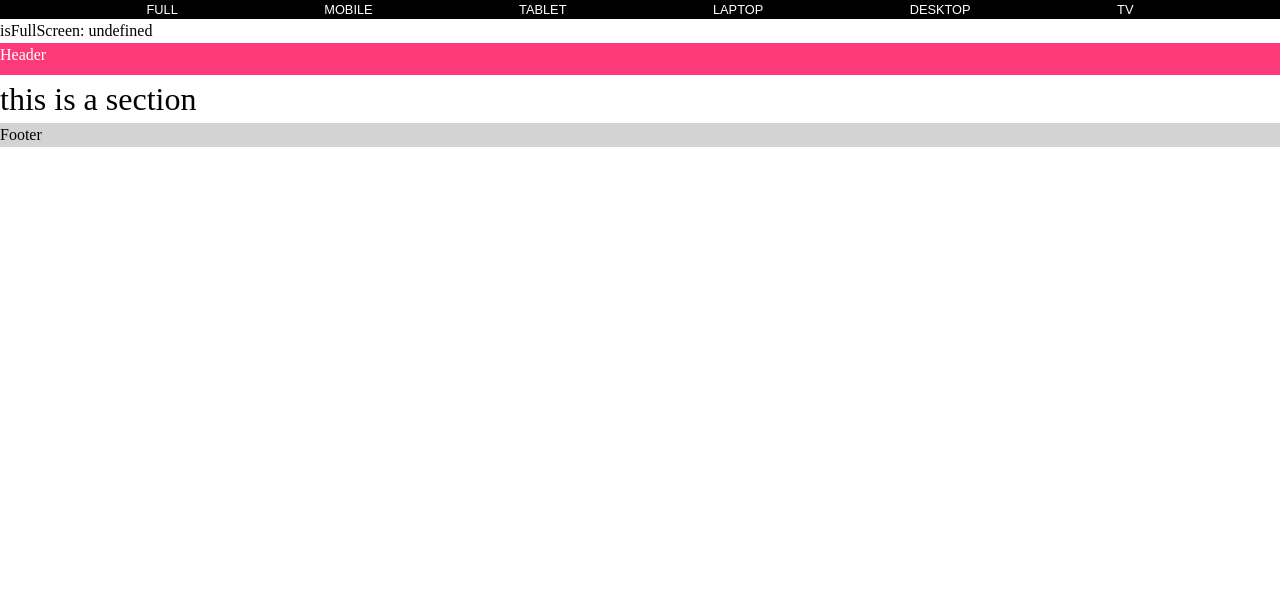
Repository: Terrycoco/coco-playground
Page: /
These files come from the project's save history. The page is drawn as it stood at one moment and after the next save; the edit follows.
The browser window is 1280 px wide. The pictures show the whole page.
The project was rebuilt for these pictures with package versions that can differ from the ones it lists, and the page was loaded fresh each time. The framework's server and built-in components were replaced by stand-ins that run in the browser. Also part of the build but not shown: next.config.js.

Above is the page before, as saved 2023-03-20 09:08:11.

### src/app/layout.js
//THIS FILE DEFINES BASIC HTML FOR WHOLE SITE
//YOU CAN OVERWRITE ANY METADATA IN INDIVIDUAL ROUTES ALSO
"use client";
import { Providers } from "./store/provider";
import "./globals.css";
import Header from "@/components/layout/Header.js";
import DeviceHeader from "@/components/layout/DeviceHeader";
import Footer from "@/components/layout/Footer";
import ScreenEmulator from "@/components/layout/ScreenEmulator";

//can't use metadata on files that use client
// export const metadata = {
//   title: "Theme Playground",
//   description: "Theme Playground By Coco",
// };

export default function RootLayout({ children }) {
  return (
    <html lang="en">
      <head>
        <title>Coco Theme Playground</title>
      </head>

      <body>
        <Providers>
          <>
            <DeviceHeader />
            <ScreenEmulator>
              <Header />

              {children}
              <Footer />
            </ScreenEmulator>
          </>
        </Providers>
      </body>
    </html>
  );
}

### src/app/page.js
"use client";
import { useSelector, useDispatch } from "react-redux";
import { selectTheme } from "./store/slices/themeSlice";

export default function Page() {
  const theme = useSelector(selectTheme);
  console.log("page recd theme:", theme);
  return (
    <main>
      <section>this is a section</section>
    </main>
  );
}

// <section id="theme" style={getContainerStyle("section")}>
// <h1 style={getHStyle("h1")}>
//   This the result of your Theme{"   "}
//   <span style={styles.smgray}>(h1)</span>
// </h1>
// <h2 style={getHStyle("h2")}>
//   Your Default Styles Are Shown{"   "}
//   <span style={styles.smgray}>(h2)</span>
// </h2>
// <h3 style={getHStyle("h3")}>
//   You selected {`${levCount - 1}`} levels of headings.
//   <span style={styles.smgray}>(h3)</span>
// </h3>

// <h4 style={getHStyle("h4")}>
//   I am a heading level 4 {"   "}
//   <span style={styles.smgray}>(h4)</span>
// </h4>

// <h5 style={getHStyle("h5")}>
//   I am a heading level 5{"   "}
//   <span style={styles.smgray}>(h5)</span>
// </h5>

// <h6 style={getHStyle("h6")}>
//   I am a heading level 6{"   "}
//   <span style={styles.smgray}>(h6)</span>
// </h6>

// <p data-el="p" style={getTextStyle("p")}>
//   Your theme settings will show up here. These are the default styles
//   for each element, which will be consistent across your project. You
//   can, of course, alter them for individual elements as you see fit.{" "}
//   <span style={styles.smgray}>(p)</span>
// </p>
// <p data-el="p" style={getTextStyle("p")}>
//   This is the paragraph element. To set the font scale among the
//   different headings and at different screen resolutions, go to{" "}
//   <b>SCALE</b>. The rest of the paragraph settings can be found by
//   clicking <b>TEXT</b> <span style={styles.smgray}>(p)</span>
// </p>

// <p data-el="p" style={getTextStyle("p")}>
//   Don't like the spacing? Click <b>CONTAINERS</b> to set default padding
//   and margins for container elements like sections, the header and
//   footer, between paragraphs, etc.{" "}
//   <span style={styles.smgray}>(p)</span>
// </p>
// </section>
// <section id="colors" style={getContainerStyle("section")}>
// <h1 style={getHStyle("h1")}>
//   This the result of your Theme{"   "}
//   <span style={styles.smgray}>(h1)</span>
// </h1>
// <h2 style={getHStyle("h2")}>
//   Your Default Styles Are Shown{"   "}
//   <span style={styles.smgray}>(h2)</span>
// </h2>
// <h3 style={getHStyle("h3")}>
//   You selected {`${levCount - 1}`} levels of headings.
//   <span style={styles.smgray}>(h3)</span>
// </h3>

// <h4 style={getHStyle("h4")}>
//   I am a heading level 4 {"   "}
//   <span style={styles.smgray}>(h4)</span>
// </h4>

// <h5 style={getHStyle("h5")}>
//   I am a heading level 5{"   "}
//   <span style={styles.smgray}>(h5)</span>
// </h5>

// <h6 style={getHStyle("h6")}>
//   I am a heading level 6{"   "}
//   <span style={styles.smgray}>(h6)</span>
// </h6>

// <p data-el="p" style={getTextStyle("p")}>
//   Your typography styles will show up here. These are the default styles
//   for each element, which will be consistent across your project. You
//   can, of course, alter them for individual elements as you see fit.{" "}
//   <span style={styles.smgray}>(p)</span>
// </p>
// <p data-el="p" style={getTextStyle("p")}>
//   This is the paragraph element. To set the font scale among the
//   different headings and at different screen resolutions, go to{" "}
//   <b>SCALE</b>. The rest of the paragraph settings can be found by
//   clicking <b>TYPOGRAPHY</b> <span style={styles.smgray}>(p)</span>
// </p>

// <p data-el="p" style={getTextStyle("p")}>
//   Don't like the spacing? Click <b>SPACING</b> to set default padding
//   and margins for elements like sections, the header and footer, between
//   paragraphs, etc. <span style={styles.smgray}>(p)</span>
// </p>
// </section>

### src/app/store/provider.js
"use client";

import { Provider } from "react-redux";
import store from "./store";

export function Providers({ children }) {
  return <Provider store={store}>{children}</Provider>;
}

### src/app/globals.css
@import "./reset.css";

:root {
  font-size: 1rem;
}
body {
  margin: 0;
  min-height: 100vh;
}

header {
  background-color: black;
  color: white;
}

footer {
  background-color: lightgray;
  color: black;
}

section {
  font-size: 2rem;
}

### src/components/layout/Header.js
"use client";
import React from "react";
import { useSelector } from "react-redux";
import { selectTheme } from "@/slices/themeSlice";
import { selectVariables } from "@/slices/variablesSlice";

function Header() {
  const theme = useSelector(selectTheme);
  const variables = useSelector(selectVariables);

  const getHeaderStyles = () => {
    let styles = { ...theme.containers.header };
    styles.backgroundColor = variables[styles.backgroundColor];
    return styles;
  };

  return <header style={getHeaderStyles()}>Header</header>;
}

export default Header;

### src/components/layout/DeviceHeader.js
"use client";
import { useState, useEffect } from "react";
import { useSelector, useDispatch } from "react-redux";
import {
  selectCurrentDevice,
  updateCurrentDevice,
  updateIsFullScreen,
  selectIsFullScreen,
} from "@/slices/uiSlice";
import { selectDevices } from "@/slices/themeSlice";
import css from "./layout.module.css";

const DeviceHeader = () => {
  const currentDevice = useSelector(selectCurrentDevice);
  const fullScreen = useSelector(selectIsFullScreen);
  const dispatch = useDispatch();
  const devices = useSelector(selectDevices);
  const [userSize, setUserSize] = useState();
  const [userDevice, setUserDevice] = useState();

  useEffect(() => {
    setUserSize(window.innerWidth); //TODO MAKE RESPONSIVE
    let ud = getUserDevice(window.innerWidth, devices);
    setUserDevice(getUserDevice(ud));
    dispatch(updateCurrentDevice(ud));
  }, []);

  const styles = {
    header: {
      fontFamily: "Arial",
    },
    menu: {
      display: "flex",
      flexDirection: "row",
      justifyContent: "space-evenly",
    },
    li: {
      textTransform: "uppercase",
      fontSize: ".8rem",
    },
  };

  const handleSelect = (e) => {
    const dev = e.target.id;
    if (dev === "full") {
      dispatch(updateIsFullScreen(true));
      dispatch(updateCurrentDevice(userDevice));
    } else {
      dispatch(updateCurrentDevice(dev));
      dispatch(updateIsFullScreen(false));
    }
  };

  return (
    <header style={styles.header}>
      <menu style={styles.menu}>
        <li
          id="full"
          style={styles.li}
          onClick={handleSelect}
          className={css.li}
        >
          Full
        </li>
        <li id="mobile" style={styles.li} className={css.li}>
          mobile
        </li>
        <li id="tablet" style={styles.li} className={css.li}>
          tablet
        </li>
        <li id="laptop" style={styles.li} className={css.li}>
          laptop
        </li>
        <li id="desktop" style={styles.li} className={css.li}>
          desktop
        </li>
        <li id="tv" style={styles.li} className={css.li}>
          tv
        </li>
      </menu>
    </header>
  );
};

export default DeviceHeader;

function getUserDevice(size, devices) {
  for (const d in devices) {
    if (devices[d].min <= size && size <= devices[d].max) {
      return d;
    }
  }
}

### src/components/layout/Footer.js
"use client";
import React from "react";

const Footer = () => {
  return <footer>Footer</footer>;
};

export default Footer;

### src/components/layout/ScreenEmulator.js
import { useState, useEffect } from "react";
import { useSelector } from "react-redux";
import { selectCurrentDevice, selectIsFullScreen } from "@/slices/uiSlice";
import { selectDevices, selectDeviceElements } from "@/slices/themeSlice";

const ScreenEmulator = ({ children, ...props }) => {
  const [width, setWidth] = useState("400px");
  const isFullScreen = useSelector(selectIsFullScreen);
  const device = useSelector(selectCurrentDevice);
  const devices = useSelector(selectDevices);
  const [baseFontSize, setBaseFontSize] = useState();
  const fontSizes = useSelector(selectDeviceElements);

  //get some valid heights
  useEffect(() => {
    if (device !== undefined) {
      console.log("got here");
      setWidth(devices[device].min + 100 + "px");
      setBaseFontSize(fontSizes[device].body.fontSize + "px");
    }
  }, [device]);

  const getEmulation = () => {
    return {
      border: "1px solid darkgray",
      width: `${width}`,
      fontSize: `${baseFontSize}`,

      height: "550px",
      overflow: "scroll",
      borderRadius: "10px",
      boxShadow: "rgba(213, 217, 217, 0.5) 0 2px 5px 0",
    };
  };

  if (!isFullScreen)
    return (
      <>
        {" "}
        {`isFullScreen: ${isFullScreen}`} {children}
      </>
    );
  else
    return (
      <div style={getEmulation()}>
        Screen size: {width} Device: {device}
        {children}
      </div>
    );
};

export default ScreenEmulator;

### src/app/store/slices/themeSlice.js
"use client";

import { createSlice, createSelector } from "@reduxjs/toolkit";
import { HYDRATE } from "next-redux-wrapper";
import { currentTheme } from "@/themes";

const initialState = {
  headingCount: currentTheme.headingCount,
  fonts: currentTheme.fonts,
  colors: currentTheme.colors,
  colorVariants: currentTheme.colorVariants,
  devices: currentTheme.devices,
  deviceElements: currentTheme.deviceElements,
  text: currentTheme.text,
  containers: currentTheme.containers,
};

export const themeSlice = createSlice({
  name: "theme",
  initialState,
  reducers: {
    updateText(state, action) {
      state.text[action.payload.element][action.payload.propName] =
        action.payload.value;
    },

    extraReducers: {
      [HYDRATE]: (state, action) => {
        return {
          ...state,
          ...action.payload.theme,
        };
      },
    },
  },
});

export const { updateText } = themeSlice.actions;
export const selectTheme = (state) => state.theme;
export const selectText = (state) => state.theme.text;
export const selectDevices = (state) => state.theme.devices;
export const selectDeviceElements = (state) => state.theme.deviceElements;
export default themeSlice.reducer;

### src/app/store/store.js
"use client"; //anything that will access redux must use client
import { configureStore } from "@reduxjs/toolkit";
import { themeSlice } from "./slices/themeSlice";
import { variablesSlice } from "./slices/variablesSlice";
import { uiSlice } from "./slices/uiSlice";

// config the store
const store = configureStore({
  reducer: {
    [themeSlice.name]: themeSlice.reducer,
    [variablesSlice.name]: variablesSlice.reducer,
    [uiSlice.name]: uiSlice.reducer,
  },
});

// export default the store
console.log("store:", store.getState());
export default store;

### src/app/reset.css
/* Box sizing rules */
*,
*::before,
*::after {
  box-sizing: border-box;
}

/* Remove default margin */
main,
html,
body,
h1,
h2,
h3,
h4,
h5,
h6,
p,
figure,
blockquote,
dl,
dd {
  margin: 0;
  padding: 0;
}

/* Remove list styles on ul, ol elements with a list role, which suggests default styling will be removed */
ul,
menu,
ol {
  list-style: none;
}

/* remove discs from list items */
li {
  list-style-type: none;
}

/* Set core root defaults */
html:focus-within {
  scroll-behavior: smooth;
}

/* Set core body defaults */
body {
  min-height: 100vh;
  text-rendering: optimizeSpeed;
  line-height: 1.5;
}

/* A elements that don't have a class get default styles */
a:not([class]) {
  text-decoration-skip-ink: auto;
}

/* Make images easier to work with */
img,
picture {
  max-width: 100%;
  display: block;
}

menu {
  margin-block-start: 0em;
  margin-block-end: 0em;
  margin-inline-start: 0px;
  margin-inline-end: 0px;
  padding-inline-start: 0px;
}

/* Inherit fonts for inputs and buttons */
input,
button,
textarea,
select {
  font: inherit;
}

/* remove any default font props */
body,
h1,
h2,
h3,
h4,
h5,
h6,
p {
  letter-spacing: normal;
  word-spacing: normal;
  line-height: 1.5;
  font-optical-sizing: auto;
}

/* Remove all animations, transitions and smooth scroll for people that prefer not to see them */
@media (prefers-reduced-motion: reduce) {
  html:focus-within {
    scroll-behavior: auto;
  }

  *,
  *::before,
  *::after {
    animation-duration: 0.01ms !important;
    animation-iteration-count: 1 !important;
    transition-duration: 0.01ms !important;
    scroll-behavior: auto !important;
  }
}

### src/app/store/slices/variablesSlice.js
import { createSlice } from "@reduxjs/toolkit";
import { HYDRATE } from "next-redux-wrapper";
import { currentTheme } from "@/themes";
import { updateColor, updateFont } from "@/app/store/sharedActions";

function toCSS(key) {
  var result = key.replace(/([A-Z])/g, " $1");
  return result.split(" ").join("-").toLowerCase();
}

const getFontVariable = (fontName) => {
  let str = fontName.replaceAll(" ", "-").toLowerCase();
  return `var(--font-${str})`;
};

const loadInitVariables = () => {
  let variables = {};
  let section, prefix;

  //fonts
  section = "fonts";
  prefix = "var(--font-";
  for (const key in currentTheme[section]) {
    variables[`${prefix}${key})`] = getFontVariable(currentTheme[section][key]);
  }

  //colors
  section = "colors";
  prefix = "var(--clr-";
  for (const key in currentTheme[section]) {
    variables[`${prefix}${key})`] = toCSS(currentTheme[section][key]);
  }

  //color variants
  section = "colorVariants";
  prefix = "var(--clr-";
  for (const key in currentTheme[section]) {
    variables[`${prefix}${key})`] = toCSS(currentTheme[section][key]);
  }

  return variables;
};

const initialState = loadInitVariables();

export const variablesSlice = createSlice({
  name: "variables",
  initialState,
  reducers: {
    updateVariable(state, action) {
      state[action.payload.key] = action.payload.value;
    },
  },
  extraReducers: (builder) => {
    builder
      .addCase(updateColor, (state, action) => {
        action.payload.map((obj) => {
          state[obj.themeVar] = obj.value;
        });
      })
      .addCase(updateFont, (state, action) => {
        console.log("got here:", action.payload);
        //theme variable (ie body) has been updated to another font
        state[action.payload.themeVar] = action.payload.fontVar;
      });
  },
});

export const { updateVariable } = variablesSlice.actions;
export const selectVariables = (state) => state.variables;
export default variablesSlice.reducer;

### src/app/store/slices/uiSlice.js
"use client";

//slice for ui state

import { createSlice, createSelector } from "@reduxjs/toolkit";
import { HYDRATE } from "next-redux-wrapper";

const initialState = {
  currentForm: "",
  currentDevice: "",
  isFullScreen: true,
  isDrawerOpen: false,
  currentTab: 1,
};

export const uiSlice = createSlice({
  name: "ui",
  initialState,
  reducers: {
    updateCurrentForm(state, action) {
      state.currentForm = action.payload;
    },
    updateCurrentTab(state, action) {
      state.currentTab = action.payload;
    },
    updateCurrentDevice(state, action) {
      state.currentDevice = action.payload;
    },
    updateIsDrawerOpen(state, action) {
      state.isDrawerOpen = action.payload;
    },
    updateIsFullScreen(state, action) {
      state.isFullScreen = action.payload;
    },

    extraReducers: {
      [HYDRATE]: (state, action) => {
        return {
          ...state,
          ...action.payload.ui,
        };
      },
    },
  },
});

export const {
  updateCurrentForm,
  updateCurrentDevice,
  updateCurrentTab,
  updateIsDrawerOpen,
  updateIsFullScreen,
} = uiSlice.actions;
export const selectCurrentDevice = (state) => state.currentDevice;
export const selectCurrentTab = (state) => state.currentTab;
export const selectCurrentForm = (state) => state.currentForm;
export const selectIsDrawerOpen = (state) => state.isDrawerOpen;
export const selectIsFullScreen = (state) => state.isFullScreen;
export default uiSlice.reducer;

### src/components/layout/layout.module.css
.li:hover {
  font-weight: 700;
}

### src/themes/index.js
import init from "./init";

module.exports = { currentTheme: init };

### src/app/store/sharedActions.js
import { createAction } from "@reduxjs/toolkit";
const varKeys = [75, 50, 25, 10, 5];

const updateColor = createAction("UPDATE_COLOR", function prepare(obj) {
  //any time theme color is updated, so are variants so pass those in with the payload
  console.log("shared updateColor", obj);
  let key = obj.key;
  let payloadVal = [];
  let newhex = obj.value;
  if (key !== "error" && key !== "whitish") {
    varKeys.map((pct) => {
      let variantKey = `${key}${pct}`;
      let val = getPctOfHex(newhex, pct);
      payloadVal.push({
        key: variantKey,
        value: val,
        section: "variants",
        themeVar: `var(--clr-${variantKey})`,
      });
    });
  }
  //push original one
  payloadVal.push({
    key: key,
    value: newhex,
    section: "themed",
    themeVar: `var(--clr-${key})`,
  });
  //console.log("newpayload:", payloadVal);
  return { payload: payloadVal };
});

const updateFont = createAction("UPDATE_FONT", function prepare(obj) {
  console.log("fontobj:", obj);
  /*shape of font payload
      propName: "body",
      name: "Gelasio",
      themeVar: "var(--font-body)",
      fontVar: "var(--font-gelasio)" */

  return { payload: obj };
});

module.exports = { updateColor, updateFont };

// util functions to calculate variant values --------------
function hexToHSL(H) {
  // Convert hex to RGB first
  let r = 0,
    g = 0,
    b = 0;
  if (H.length == 4) {
    r = "0x" + H[1] + H[1];
    g = "0x" + H[2] + H[2];
    b = "0x" + H[3] + H[3];
  } else if (H.length == 7) {
    r = "0x" + H[1] + H[2];
    g = "0x" + H[3] + H[4];
    b = "0x" + H[5] + H[6];
  }
  // Then to HSL
  r /= 255;
  g /= 255;
  b /= 255;
  let cmin = Math.min(r, g, b),
    cmax = Math.max(r, g, b),
    delta = cmax - cmin,
    h = 0,
    s = 0,
    l = 0;

  if (delta == 0) h = 0;
  else if (cmax == r) h = ((g - b) / delta) % 6;
  else if (cmax == g) h = (b - r) / delta + 2;
  else h = (r - g) / delta + 4;

  h = Math.round(h * 60);

  if (h < 0) h += 360;

  l = (cmax + cmin) / 2;
  s = delta == 0 ? 0 : delta / (1 - Math.abs(2 * l - 1));
  s = +(s * 100).toFixed(1);
  l = +(l * 100).toFixed(1);

  return { h: h, s: s, l: l };
}
function getPctOfHex(hex, pct) {
  //incoming pct is pct opacity of orig color
  let inverted = 100 - pct;
  //convert incoming to hsl
  let hsl = hexToHSL(hex);

  //current lightness is 0%;
  let currentLightPct = hsl.l;
  let remainingLightPct = 100 - currentLightPct;
  let onepct = remainingLightPct / 100;
  let desiredPct = onepct * inverted + currentLightPct;
  let result = HSLToHex(hsl.h, hsl.s, desiredPct);
  return result;
}
function HSLToHex(h, s, l) {
  s /= 100;
  l /= 100;

  let c = (1 - Math.abs(2 * l - 1)) * s,
    x = c * (1 - Math.abs(((h / 60) % 2) - 1)),
    m = l - c / 2,
    r = 0,
    g = 0,
    b = 0;

  if (0 <= h && h < 60) {
    r = c;
    g = x;
    b = 0;
  } else if (60 <= h && h < 120) {
    r = x;
    g = c;
    b = 0;
  } else if (120 <= h && h < 180) {
    r = 0;
    g = c;
    b = x;
  } else if (180 <= h && h < 240) {
    r = 0;
    g = x;
    b = c;
  } else if (240 <= h && h < 300) {
    r = x;
    g = 0;
    b = c;
  } else if (300 <= h && h < 360) {
    r = c;
    g = 0;
    b = x;
  }
  // Having obtained RGB, convert channels to hex
  r = Math.round((r + m) * 255).toString(16);
  g = Math.round((g + m) * 255).toString(16);
  b = Math.round((b + m) * 255).toString(16);

  // Prepend 0s, if necessary
  if (r.length == 1) r = "0" + r;
  if (g.length == 1) g = "0" + g;
  if (b.length == 1) b = "0" + b;

  return "#" + r + g + b;
}

### src/themes/init.js
//to use, import this file and set this as currentTheme in /src/themes/index
const headingCount = 1;

const fonts = {
  body: "Times",
  display: "Times",
  special: "Times",
  mono: "Times",
  forms: "Arial",
};

const deviceElements = {
  mobile: {
    body: {
      fontSize: "18",
      lineHeight: "1.5",
    },
    h1: {
      fontSize: "40",
      lineHeight: "1.16",
    },
  },
  tablet: {
    body: {
      fontSize: "19",
      lineHeight: "1.5",
    },
    h1: {
      fontSize: "40",
      lineHeight: "1.16",
    },
  },
  laptop: {
    body: {
      fontSize: "20",
      lineHeight: "1.329",
    },
    h1: {
      fontSize: "52",
      lineHeight: "1.16",
    },
  },
  desktop: {
    body: {
      fontSize: "24",
      lineHeight: "1.345",
    },
    h1: {
      fontSize: "57",
      lineHeight: "1.16",
    },
  },

  tv: {
    body: {
      fontSize: "28",
      lineHeight: "1.391",
    },
    h1: {
      fontSize: "67",
      lineHeight: "1.031",
    },
  },
};

const devices = {
  mobile: {
    min: 320,
    max: 479,
  },

  tablet: {
    min: 480,
    max: 767,
  },

  laptop: {
    min: 768,
    max: 1023,
  },

  desktop: {
    min: 1024,
    max: 1999,
  },

  tv: {
    min: 1200,
    max: 9999,
  },
};

const colors = {
  primary: "#fc3a79",
  secondary: "#fe572e",
  blackish: "#261f22",
  whitish: "#f5f5f4",
  error: "#dc2626",
};

const colorVariants = {
  primary75: "#fd6b99",
  primary50: "#fe9dbb",
  primary25: "#fecedd",
  primary10: "#ffebf1",
  primary5: "#fff5f8",
  secondary75: "#fe8162",
  secondary50: "#feab96",
  secondary25: "#ffd5cb",
  secondary10: "#ffeeea",
  secondary5: "#fff7f5",
  blackish75: "#635158",
  blackish50: "#9c868f",
  blackish25: "#cdc2c7",
  blackish10: "#ebe7e9",
  blackish5: "#f5f3f4",
};

const containers = {
  header: {
    backgroundColor: "var(--clr-primary)",
    height: "2rem",
    paddingRight: "0rem",
    paddingLeft: "0rem",
  },
  main: {
    paddingTop: "2rem",
    paddingRight: "0rem",
    paddingBottom: "0rem",
    paddingLeft: "0rem",
  },
  section: {
    paddingTop: "0rem",
    paddingRight: "0rem",
    paddingBottom: "0rem",
    paddingLeft: "0rem",
  },
  article: {
    paddingTop: "0rem",
    paddingRight: "0rem",
    paddingBottom: "0rem",
    paddingLeft: "0rem",
  },
  aside: {
    paddingTop: "0rem",
    paddingRight: "0rem",
    paddingBottom: "0rem",
    paddingLeft: "0rem",
  },
  footer: {
    backgroundColor: "var(--clr-primary50)",
    color: "var(--clr-blackish)",
    height: "0rem",
    paddingTop: "0rem",
    paddingRight: "0rem",
    paddingBottom: "0rem",
    paddingLeft: "0rem",
  },
};

const text = {
  p: {
    color: "var(--clr-blackish)",
    fontFamily: "var(--font-body)",
    fontWeight: "400",
    fontSize: "var(--fs-body)",
    lineHeight: "var(--lh-body)",
    letterSpacing: "0px",
    wordSpacing: "0px",
    maxWidth: "60ch",
    marginBottom: "1rem",
  },

  h1: {
    color: "var(--clr-blackish)",
    fontFamily: "var(--font-display)",
    fontWeight: "400",
    fontSize: "var(--fs-h1)",
    lineHeight: "var(--lh-h1)",
    letterSpacing: "-1.5px",
    wordSpacing: "-5px",
    maxWidth: "60ch",
    marginBottom: "1rem",
  },

  h2: {
    color: "var(--clr-blackish)",
    fontFamily: "var(--font-display)",
    fontWeight: "400",
    fontSize: "var(--fs-h2)",
    lineHeight: "var(--lh-h2)",
    letterSpacing: "-1.5px",
    wordSpacing: "-5px",
    maxWidth: "60ch",
    marginBottom: "1rem",
  },

  h3: {
    color: "var(--clr-blackish)",

    fontFamily: "var(--font-display)",

    fontWeight: "400",

    fontSize: "1rem",

    lineHeight: "150%",

    letterSpacing: "-1.5px",

    wordSpacing: "-5px",
    maxWidth: "60ch",
    marginBottom: "1rem",
  },

  h4: {
    color: "var(--clr-blackish)",

    fontFamily: "var(--font-display)",

    fontWeight: "400",

    fontSize: "1rem",

    lineHeight: "150%",

    letterSpacing: "-1.5px",

    wordSpacing: "-5px",
    maxWidth: "60ch",
    marginBottom: "1rem",
  },

  h5: {
    color: "var(--clr-blackish)",

    fontFamily: "var(--font-display)",

    fontWeight: "400",

    fontSize: "1rem",

    lineHeight: "150%",

    letterSpacing: "-1.5px",

    wordSpacing: "-5px",
    maxWidth: "60ch",
    marginBottom: "1rem",
  },

  h6: {
    color: "var(--clr-blackish)",

    fontFamily: "var(--font-display)",

    fontWeight: "400",

    fontSize: "1rem",

    lineHeight: "150%",

    letterSpacing: "-1.5px",

    wordSpacing: "-5px",
    marginBottom: "1rem",
  },

  small: {
    color: "var(--clr-blackish)",
    fontFamily: "var(--font-forms)",
    fontWeight: "400",
    fontSize: "var(--fs-sm)",
    lineHeight: "1",
    letterSpacing: "-1.5px",
    wordSpacing: "-5px",
    maxWidth: "60ch",
    marginBottom: "0rem",
  },
};

const theme = {
  headingCount,
  colors,
  colorVariants,
  fonts,
  deviceElements,
  devices,
  containers,
  text,
};

module.exports = {
  headingCount,
  colors,
  colorVariants,
  fonts,
  deviceElements,
  devices,
  containers,
  text,
  theme,
};

After the next save:
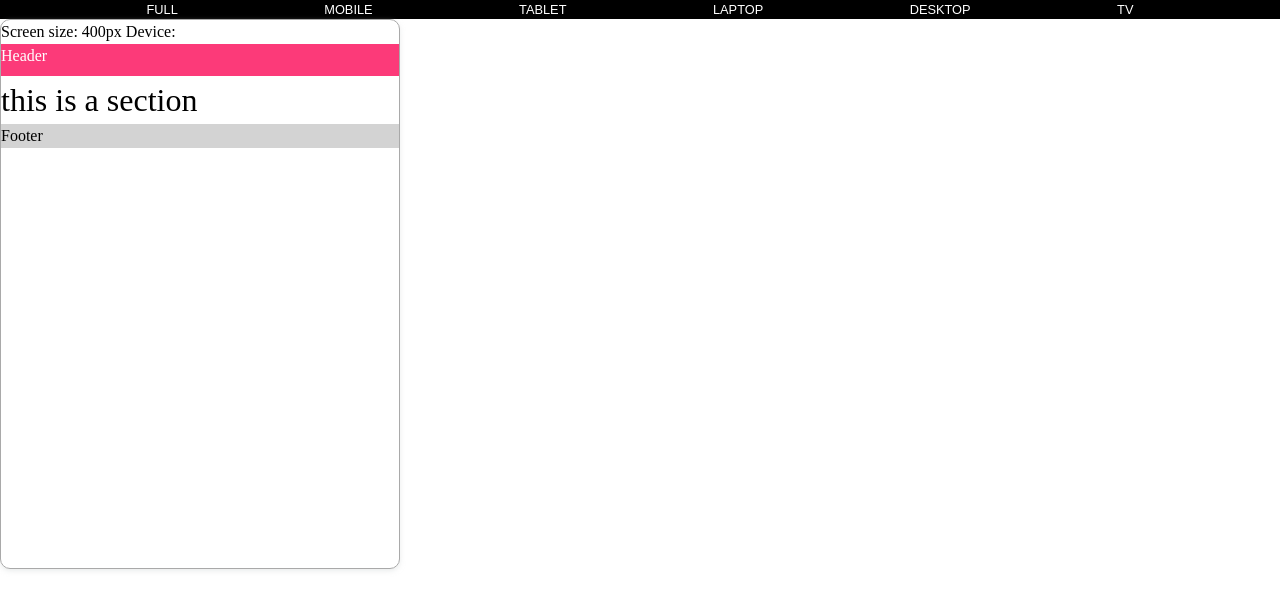
Saved 85 s later.
--- a/src/components/layout/ScreenEmulator.js
+++ b/src/components/layout/ScreenEmulator.js
@@ -33,7 +33,7 @@ const ScreenEmulator = ({ children, ...props }) => {
     };
   };
 
-  if (!isFullScreen)
+  if (isFullScreen !== undefined)
     return (
       <>
         {" "}
